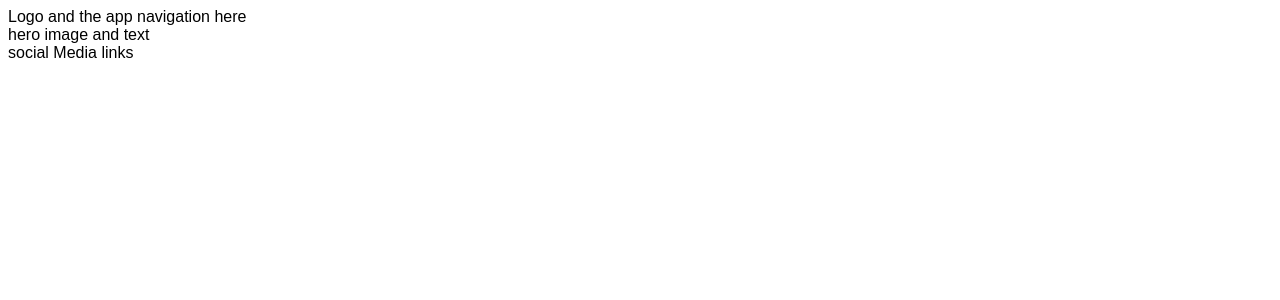
Repository: emalfiza/clone-of-my-twitter
Page: index.html
The author's editor kept a record of every edit. The page is drawn from the files as they stood at one moment, then again after the next edit.
The browser window is 1280 px wide. The pictures show the whole page.

Above is the page before.

After the next edit:
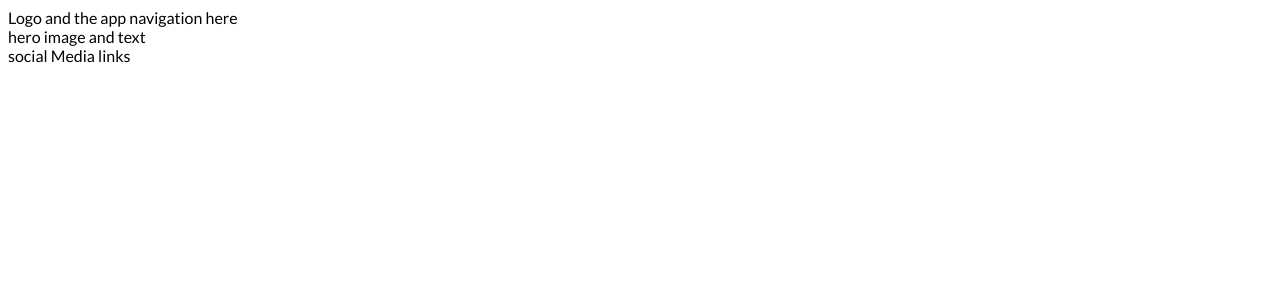
The edit:
--- a/assets/css/styles.css
+++ b/assets/css/styles.css
@@ -1,5 +1,5 @@
 @import url('https://fonts.googleapis.com/css2?family=Lato:400|Oswald');
 
 body {
-    font-family: fantasy, sans-serif;
+    font-family: Lato, sans-serif;
 }
